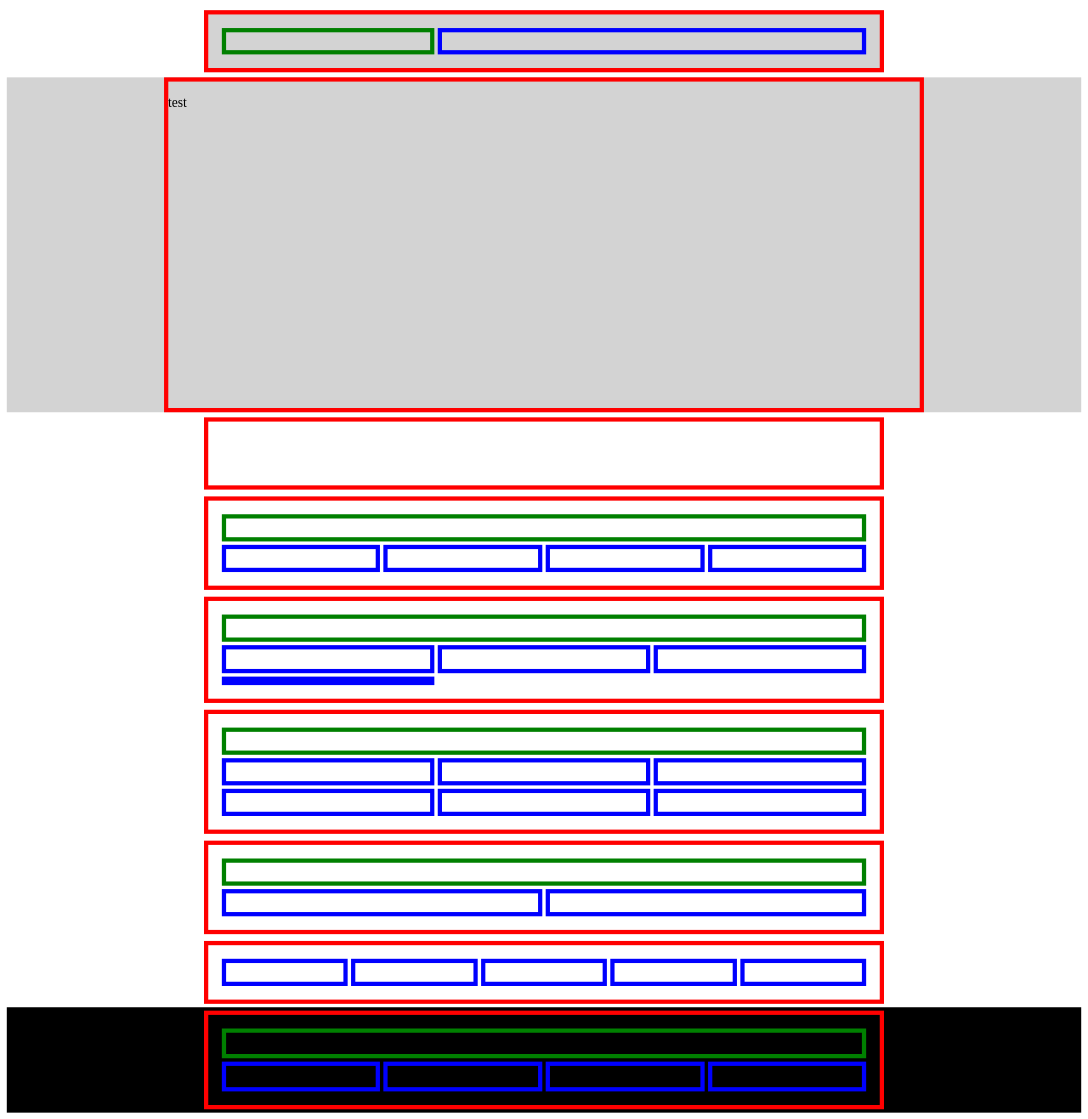
Repository: anderscederberg11/LAB2BG
Page: index.html
The author's editor kept a copy of each file at every save. The page is drawn from the files as they stood at one save, then again after the next save.
The browser window is 1280 px wide. The pictures show the whole page, at 85% of full size.

Above is the page before, as saved 2024-02-01 21:16:42.

### index.html
<!doctype html>
<html class="no-js" lang="en">

<head>
  <meta charset="utf-8">
  <meta name="viewport" content="width=device-width, initial-scale=1">
  <title>Sebastians Wonderful Website</title>
  <link rel="stylesheet" href="css/style.css">
  <meta name="description" content="sebastians website">
  <meta property="og:title" content="Sebastians Wonderful Website">
  <meta property="og:type" content="website">
  <meta property="og:url" content="https://www.SebastianWebsite.com">
  <!--<meta property="og:image" content=""> -->

  <link rel="icon" href="/favicon.ico" sizes="any">
  <link rel="icon" href="/icon.svg" type="image/svg+xml">
  <link rel="apple-touch-icon" href="icon.png">

</head>
    <body class="displayContainer">

        <header class="headerContainer">
            <div class="headerTitleContainer">
                <h1 class="title"></h1>
            </div>
            <div class="headerImageContainer"></div>
        </header>

        <div class="sectionOne">
            <div class="sectionOneImage">
                <div class="sectionOneList">
                    <p>test</p>
                </div>
                <!-- image -->
            </div>
        </div>

        <div class="sectionTwo">
            <h1 class="title"></h1>
        </div>

        <div class="sectionThree">
            <div class="headerSectionThree">
                <h2 class="secondHeader"></h2>
                <h5 class="subHeader"></h5>
            </div>
            <div class="card"></div>
            <div class="card"></div>
            <div class="card"></div>
            <div class="card"></div>
        </div>

        <div class="sectionFour">
            <div class="headerSectionFour">
                <h2 class="secondHeader"></h2>
                <h5 class="subHeader"></h5>
            </div>
            <div class="card-special"></div>
            <div class="card"></div>
            <div class="card"></div>
            <div class="card-superspecial"></div>
        </div>

        <div class="sectionFive">
            <div class="headerSectionFive">
                <h2 class="secondHeader"></h2>
                <h5 class="subHeader"></h5>
            </div>
            <div class="card"></div>
            <div class="card"></div>
            <div class="card"></div>
            <div class="card"></div>
            <div class="card"></div>
            <div class="card"></div>
        </div>

        <div class="sectionSix">
            <div class="headerSectionSix">
                <h2 class="secondHeader"></h2>
                <h5 class="subHeader"></h5>
            </div>
            <div class="card-special"></div>
            <div class="card-special"></div>
        </div>

        <div class="sectionSeven">
            <div class="card"></div>
            <div class="card"></div>
            <div class="card"></div>
            <div class="card"></div>
            <div class="card"></div>
        </div>

        <footer class="footerContainer">
            <div class="sectionFooter">
                <div class="footerInfo"><h6></h6></div>
                <div class="footerInfoCard"><h4></h4></div>
                <div class="footerInfoCard"><h4></h4></div>
                <div class="footerInfoCard"><h4></h4></div>
                <div class="footerInfoCard"><h4></h4></div>
            </div>
        </footer>

    </body>
</html>

### css/style.css
.displayContainer{
  display:flex;
  flex-direction: column;
  align-items: center;
}

.card, .card-special, .card-superspecial{
  border: 5px solid blue;
}

.headerContainer{
  grid-template-columns: repeat(3, 1fr);
  background-color: lightgrey;
  display:grid;
  width:60%;
  grid-gap:0.25em;
  padding:1em;
  margin:0.25em;
  border: 5px solid red;
}

.headerTitleContainer{
  border: 5px solid green;
}

.headerImageContainer{
  grid-column: 2/4;
  border: 5px solid blue;
}

.sectionOne{
  flex-direction: column;
  align-items: center;
  background-color: lightgrey;
  width:100%;
  border:none;
  margin:0.25vh;
}

.sectionOneList{

}

.sectionOneImage{
  width:70%;
  height:30vw;
  border: 5px solid red;
}

.sectionTwo, .sectionThree, .sectionFour, .sectionFive, .sectionSix, .sectionSeven, .sectionFooter{
  display:grid;
  width:60%;
  grid-gap:0.25em;
  padding:1em;
  margin:0.25em;
  border: 5px solid red;
}

.headerSectionThree, .headerSectionFour, .headerSectionFive, .headerSectionSix, .footerInfo{
  border: 5px solid green;
}

.sectionOne, .sectionSix, .sectionSeven{
  display: none;
}
.sectionThree, .sectionFour, .sectionFive{
  grid-template-columns: repeat(1, 1fr);
}
.headerSectionThree, .headerSectionFour, .headerSectionFive{
  grid-column: span 1;
}
.headerSectionThree{

}
.sectionThree, .sectionFour{
  grid-template-rows: repeat(5, 1fr);
}
.sectionFive{
  grid-template-rows: repeat(7, 1fr);
}

.footerContainer{
  display:flex;
  flex-direction: column;
  align-items: center;
  width:100%;
  background-color: black;
}

.sectionFooter{

}

.footerInfo{

}

.footerInfoCard{
  border: 5px solid blue;
}

/* Small only */
@media screen and (max-width: 39.9375em) {}

/* Medium and up */
@media screen and (min-width: 40em) {}

/* Medium only */
@media screen and (min-width: 40em) and (max-width: 63.9375em) {
  .sectionThree, .sectionFour, .sectionFooter, .sectionFive{
    grid-template-columns: repeat(2, 1fr);
    grid-template-rows: repeat(3, 1fr);
  }

  .headerSectionThree, .footerInfo, .headerSectionFour, .sectionFour .card-special, .headerSectionFive {
    grid-column: span 2;
  }

  .sectionFive{
    grid-template-rows: repeat(4, 1fr);
  }

  .sectionSix{
    grid-template-columns: repeat(1, 1fr);
    grid-template-rows: repeat(3, 1fr);
  }

  .headerSectionSix{
    grid-column: span 1;
  }
}

/* Large and up */
@media screen and (min-width: 64em) {
  .sectionSix, .sectionSeven{
    display: grid;
  }
  .sectionOne{
    display:flex;
  }
  .sectionThree, .sectionFooter{
    grid-template-columns: repeat(4, 1fr);
    grid-template-rows: repeat(2, 1fr);
  }

  .headerSectionThree, .footerInfo{
    grid-column: span 4;
  }

  .sectionFour{
    grid-template-columns: repeat(3, 1fr);
    grid-template-rows: repeat(2, 1fr);
  }

  .headerSectionFour{
    grid-column: span 3;
  }

  .sectionFive{
    grid-template-columns: repeat(3, 1fr);
    grid-template-rows: repeat(3, 1fr);
  }

  .headerSectionFive{
    grid-column: span 3;
  }

  .sectionSix{
    grid-template-columns: repeat(2, 1fr);
    grid-template-rows: repeat(2, 1fr);
  }

  .headerSectionSix{
    grid-column: span 2;
  }

  .sectionSeven{
    grid-template-columns: repeat(5, 1fr);
    height:31.51px; /*REMOVE*/
  }
}

/* Large only */
@media screen and (min-width: 64em) and (max-width: 74.9375em) {}

After the next save:
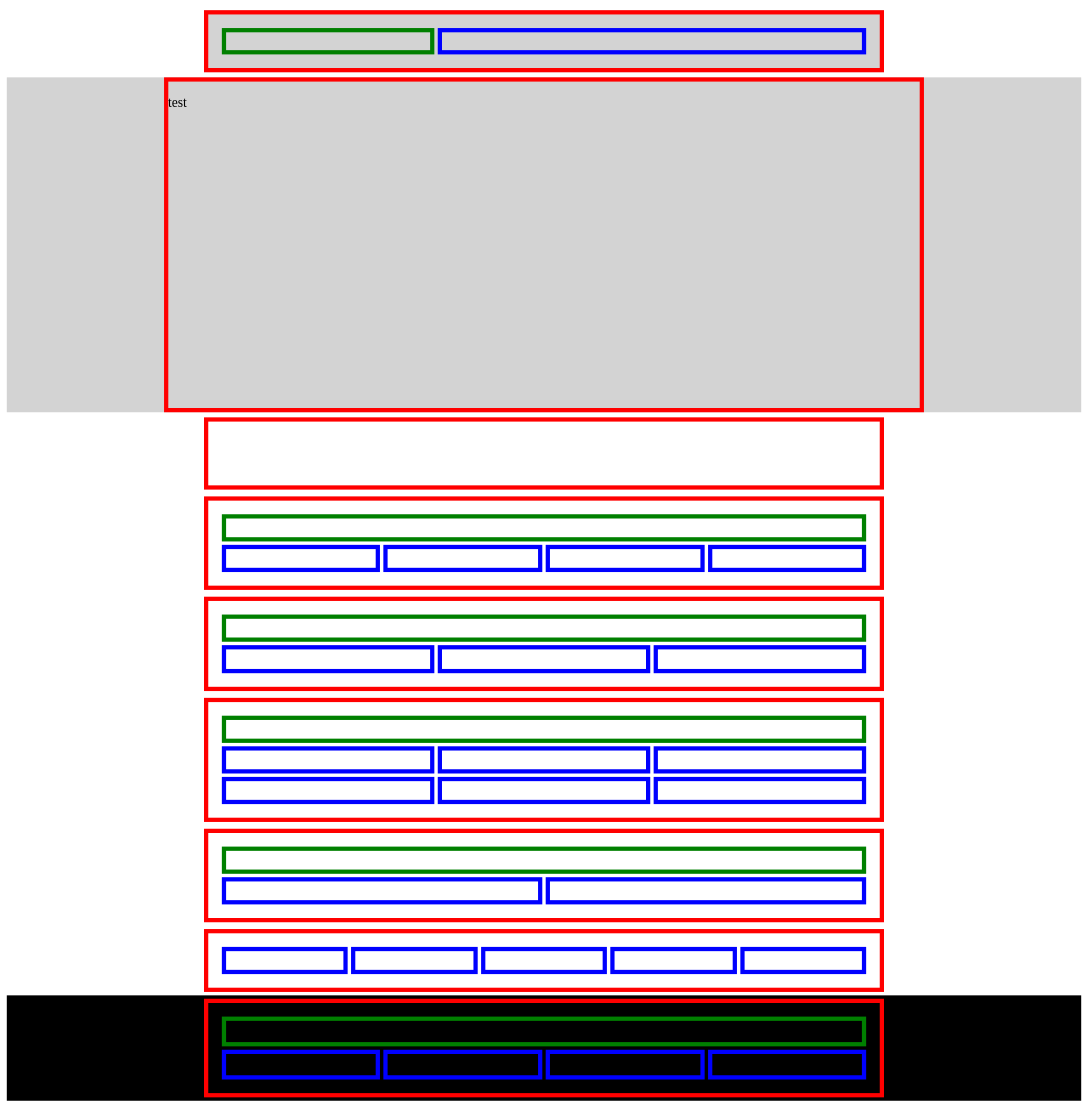
Saved 23 s later.
--- a/css/style.css
+++ b/css/style.css
@@ -6,6 +6,10 @@
 
 .card, .card-special, .card-superspecial{
   border: 5px solid blue;
+}
+
+.card-superspecial{
+  display:none;
 }
 
 .headerContainer{

After the save that followed:
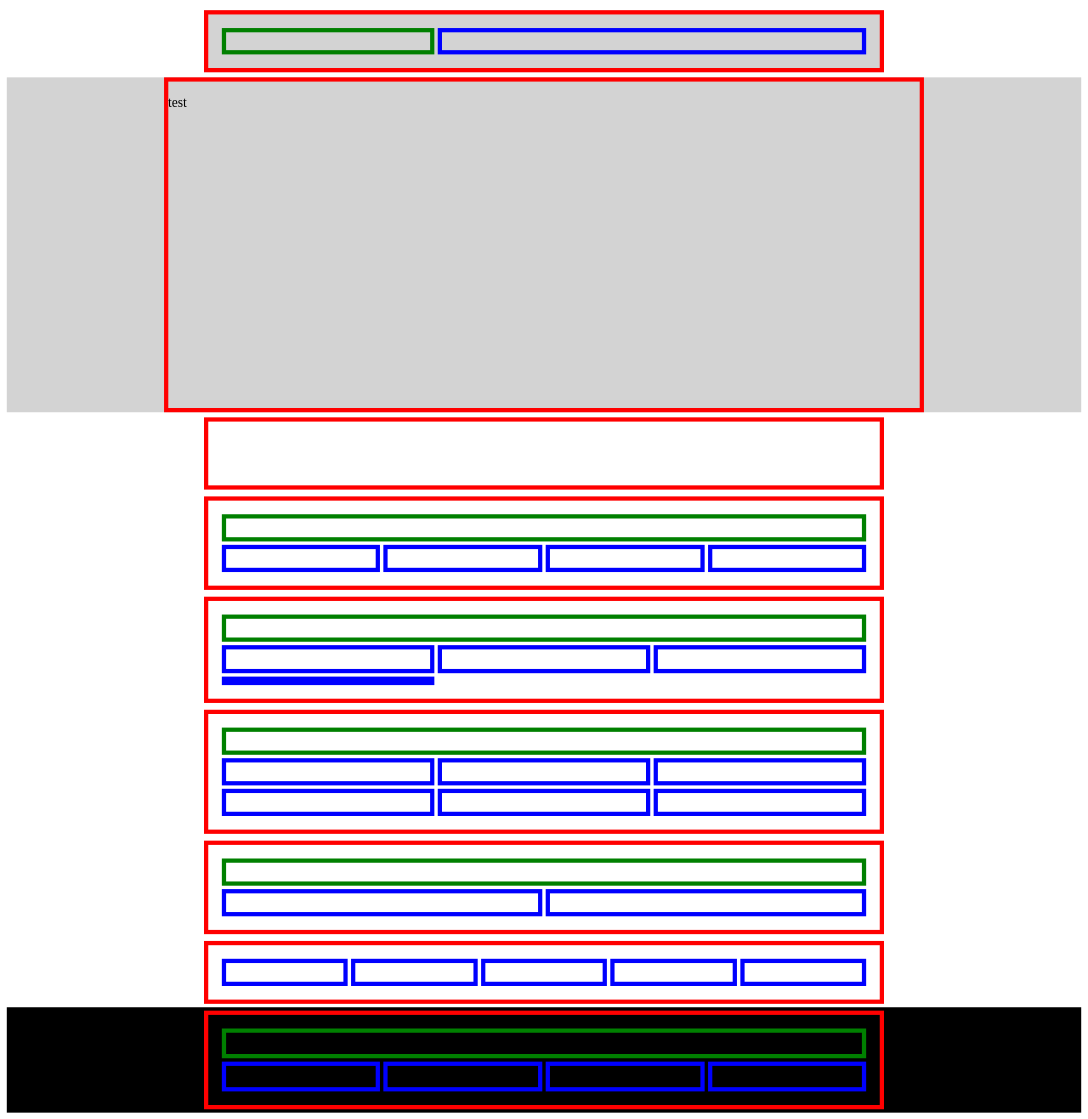
Saved 51 s later.
--- a/css/style.css
+++ b/css/style.css
@@ -139,9 +139,14 @@
   .sectionSix, .sectionSeven{
     display: grid;
   }
+
   .sectionOne{
     display:flex;
   }
+  .card-superspecial{
+    display:flex;
+  }
+
   .sectionThree, .sectionFooter{
     grid-template-columns: repeat(4, 1fr);
     grid-template-rows: repeat(2, 1fr);
